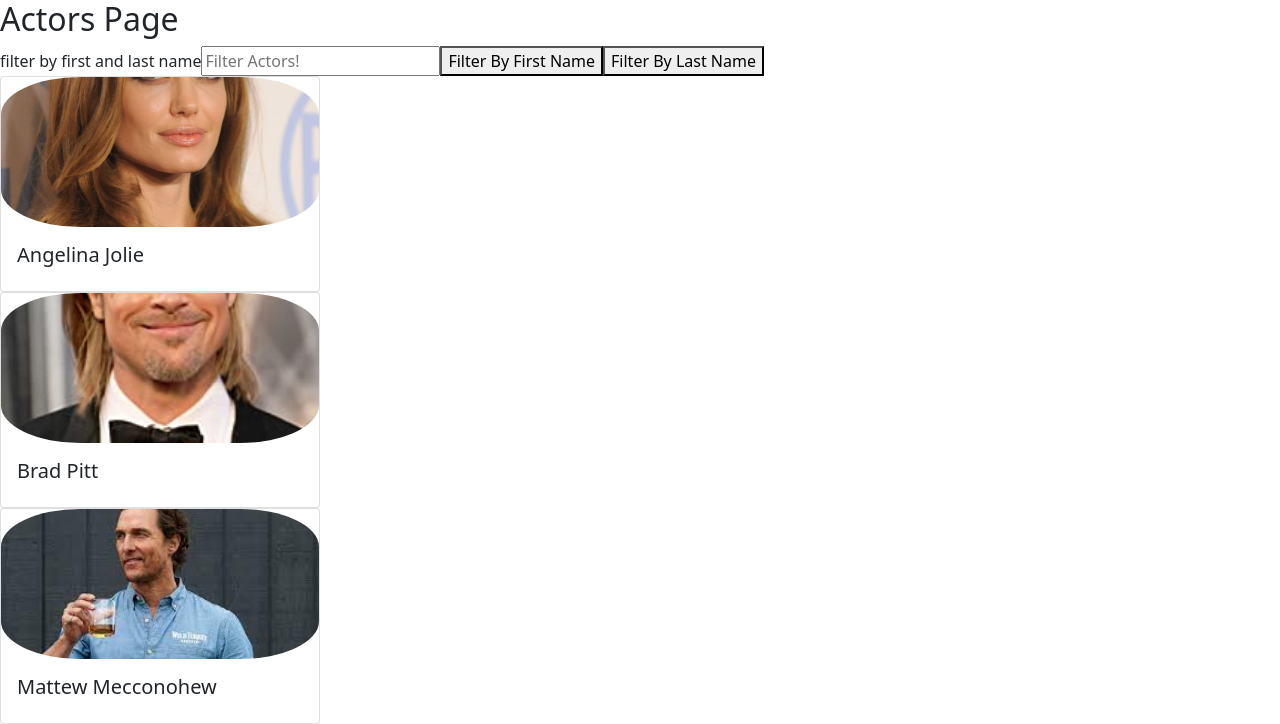
Repository: shuroo/FECourse-react-movieapp
Page: /
An editor plug-in stored every save of this project. The page is shown before and after the next save, followed by the edit.
The browser window is 1280 px wide. The pictures show the whole page.
The project was rebuilt for these pictures with package versions that can differ from the ones it lists, and the page was loaded fresh each time. Also part of the build but not shown: src/App.css.

Above is the page before, as saved 2021-07-24 17:43:21.

After the next save:
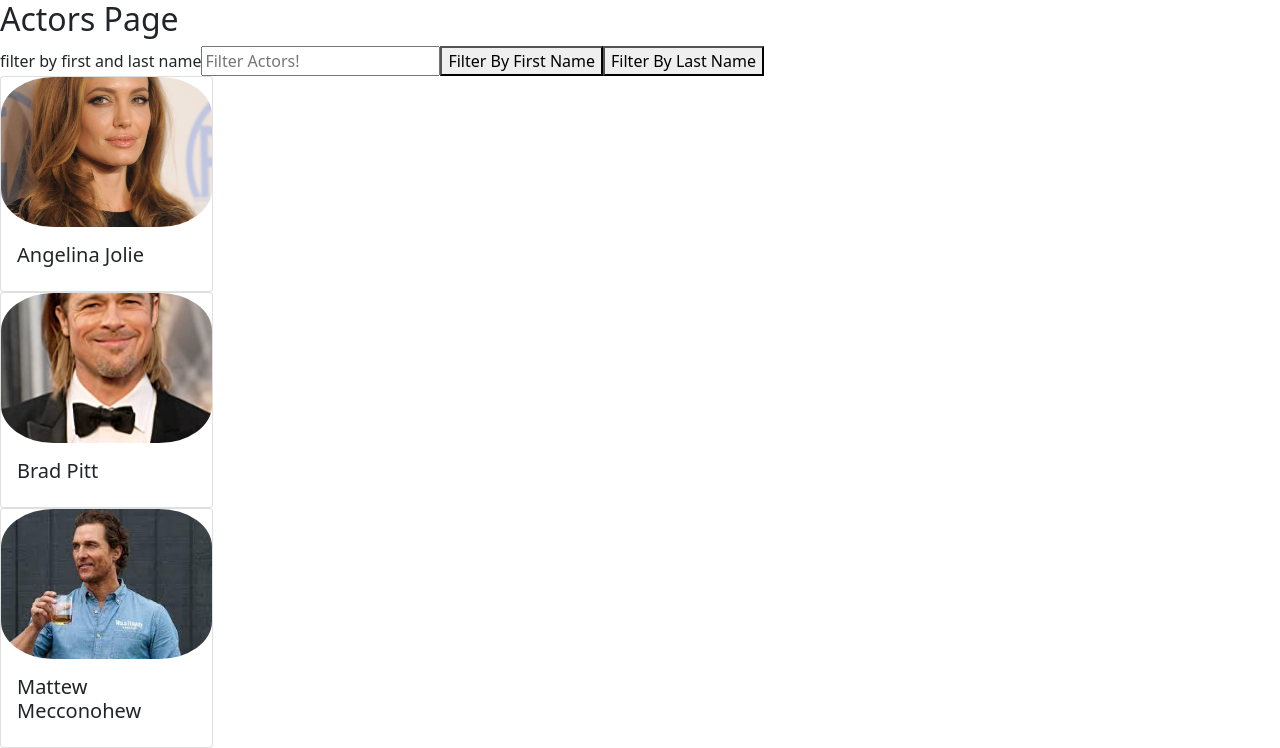
Saved 10 s later.
--- a/src/components/CardComponent.jsx
+++ b/src/components/CardComponent.jsx
@@ -5,7 +5,7 @@ function CardComponent({actor}) {
 
 	return (
 
-<div className=" card col col-md-3 col-lg-3 col-sm-3" onClick={(e)=>(window.open(actor.imdbLink, '_blank'))}>
+<div className=" card col col-md-2 col-lg-2 col-sm-2" onClick={(e)=>(window.open(actor.imdbLink, '_blank'))}>
   <img className="actorImg card-img-top" src={actor.image} alt={actor.firstName+" "+actor.lastName}/>
   <div className="card-body">
     <h5 className="card-title">{actor.firstName} {actor.lastName}</h5>
